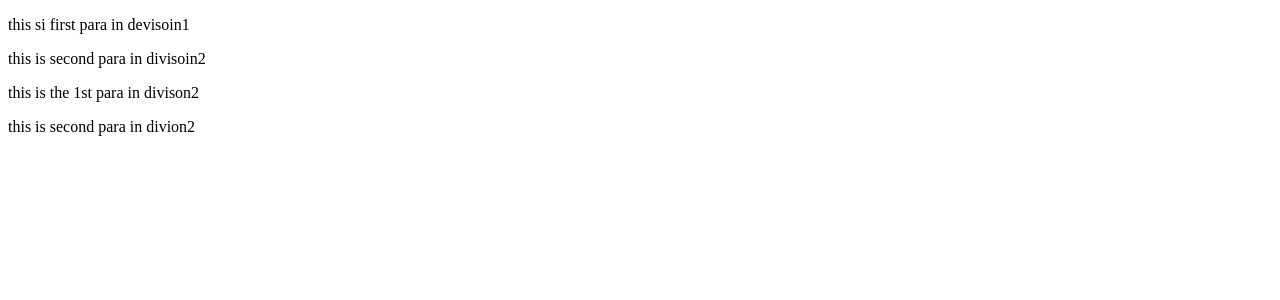
Repository: viveknaidu007/repo-115-JavaScript
Page: 22.html
An editor plug-in stored every save of this project. The page is shown before and after the next save, followed by the edit.
The browser window is 1280 px wide. The pictures show the whole page.

Above is the page before, as saved 2024-06-24 16:26:26.
Console error: ReferenceError: docuemnt is not defined

After the next save:
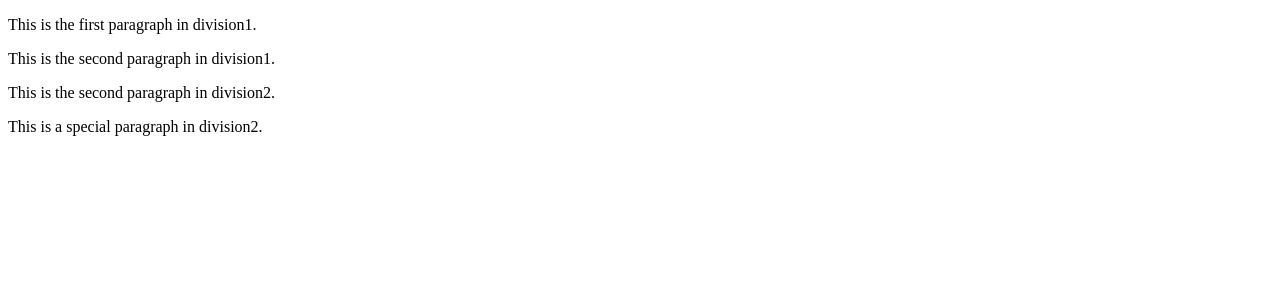
The error is gone.
Saved 5 min 2 s later.
--- a/22.html
+++ b/22.html
@@ -4,30 +4,27 @@
         <meta charset="UTF-8">
         <meta http-equiv="X-UA-Compatible" content="IE=edge">
         <meta name="viewport" content="width=device-width, initial-scale=1.0">
-        <title> Dom manipulation </title>
+        <title>DOM Manipulation</title>
     </head>
-
     <body>
         <div id="first">
-            <p> this si first para in devisoin1</p>
-            <p> this is second para in divisoin2</p>
+            <p>This is the first paragraph in division1.</p>
+            <p>This is the second paragraph in division1.</p>
         </div>
-
         <div id="second">
-            <p id="pfirst"> this is the 1st para in divison2</p>
-            <p id="last"> this is second para in divion2</p>
+            <p id="pfirst">This is the 1st paragraph in division2.</p>
+            <p id="last">This is the second paragraph in division2.</p>
         </div>
     </body>
+    <script>
+        var n = document.createElement('p');
+        n.innerText = "This is a special paragraph in division2.";
 
-    <script>
-        var n = document.createElement('p')
-        n.innerText = "this is speacial paragrpah in divisoin"
+        var parent = document.getElementById("second");
+        var last = document.getElementById("pfirst");
+        console.log(last);
 
-        var parent = docuemnt.getElementById("second")
-        var last = document.getElementById("pfirst")
-        console.log(last)
-
-        parent.removeChild(last)
+        parent.removeChild(last);
+        parent.appendChild(n);  // Append the new paragraph to the parent div
     </script>
-
 </html>
